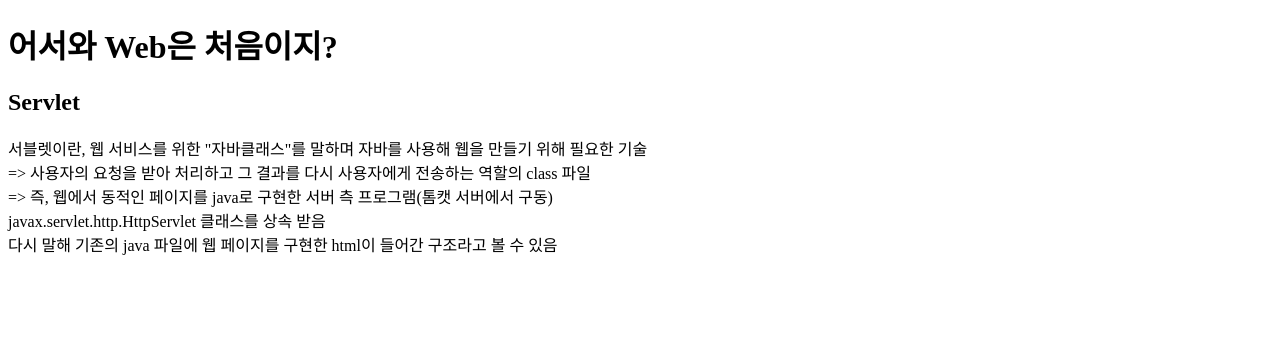
Repository: chuhj1226/servlet
Page: workspace/1_Servlet/WebContent/index.html
An editor plug-in stored every save of this project. The page is shown before and after the next save, followed by the edit.
The browser window is 1280 px wide. The pictures show the whole page.

Above is the page before, as saved 2021-10-04 08:34:41.

After the next save:
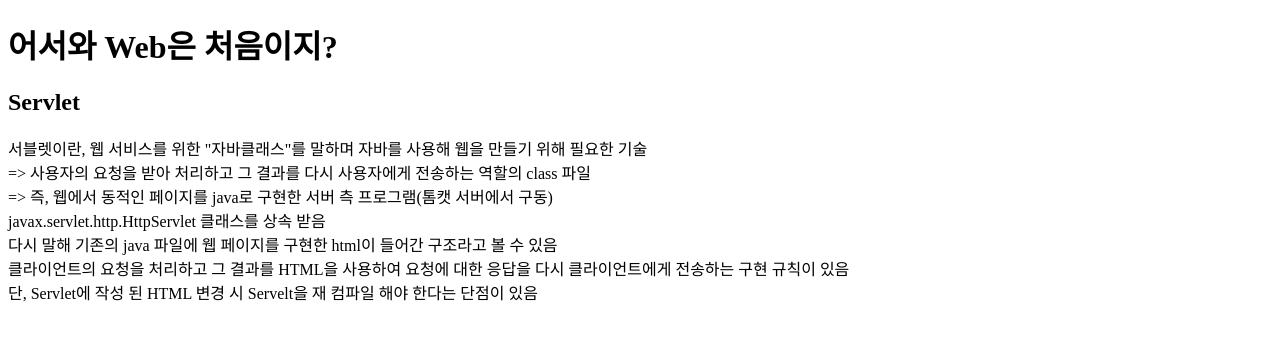
Saved 91 s later.
--- a/workspace/1_Servlet/WebContent/index.html
+++ b/workspace/1_Servlet/WebContent/index.html
@@ -36,6 +36,8 @@
 		javax.servlet.http.HttpServlet 클래스를 상속 받음<br>
 
 		다시 말해 기존의 java 파일에 웹 페이지를 구현한 html이 들어간 구조라고 볼 수 있음<br>
+		클라이언트의 요청을 처리하고 그 결과를 HTML을 사용하여 요청에 대한 응답을 다시 클라이언트에게 전송하는 구현 규칙이 있음<br>
+		단, Servlet에 작성 된 HTML 변경 시 Servelt을 재 컴파일 해야 한다는 단점이 있음
 	</p>
 
 </body>
